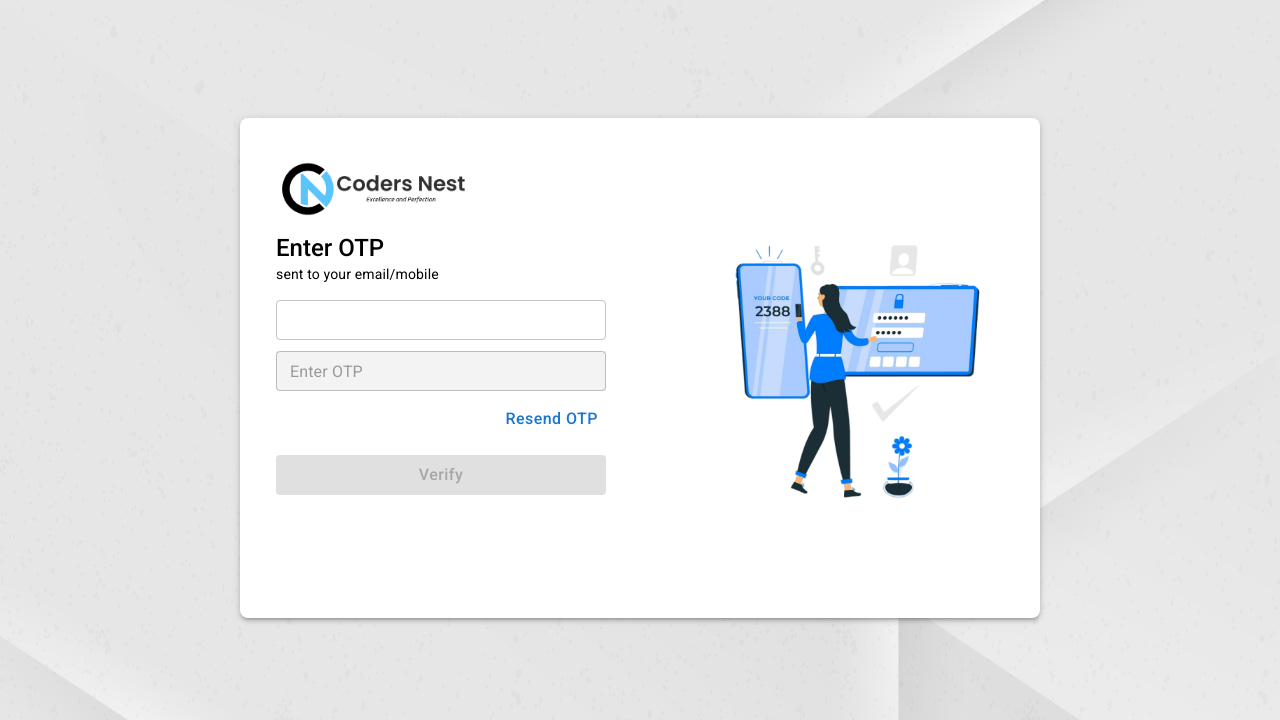
Repository: wajahadalishaik04/CN_Books
Page: /otpscreen
An editor plug-in stored every save of this project. The page is shown before and after a run of saves, followed by the edit.
The browser window is 1280 px wide. The pictures show the whole page.
The project was rebuilt for these pictures with package versions that can differ from the ones it lists, and the page was loaded fresh each time. Also part of the build but not shown: vite.config.js, src/pages/LoginScreen.jsx, src/pages/Signin.jsx, src/pages/SignUp.jsx, src/pages/VerifyScreen.jsx, src/components/Header.jsx, src/components/SideBar.jsx, src/components/Content.jsx and 7 more.

Above is the page before, as saved 2024-09-30 16:55:14.

After the next 2 saves:
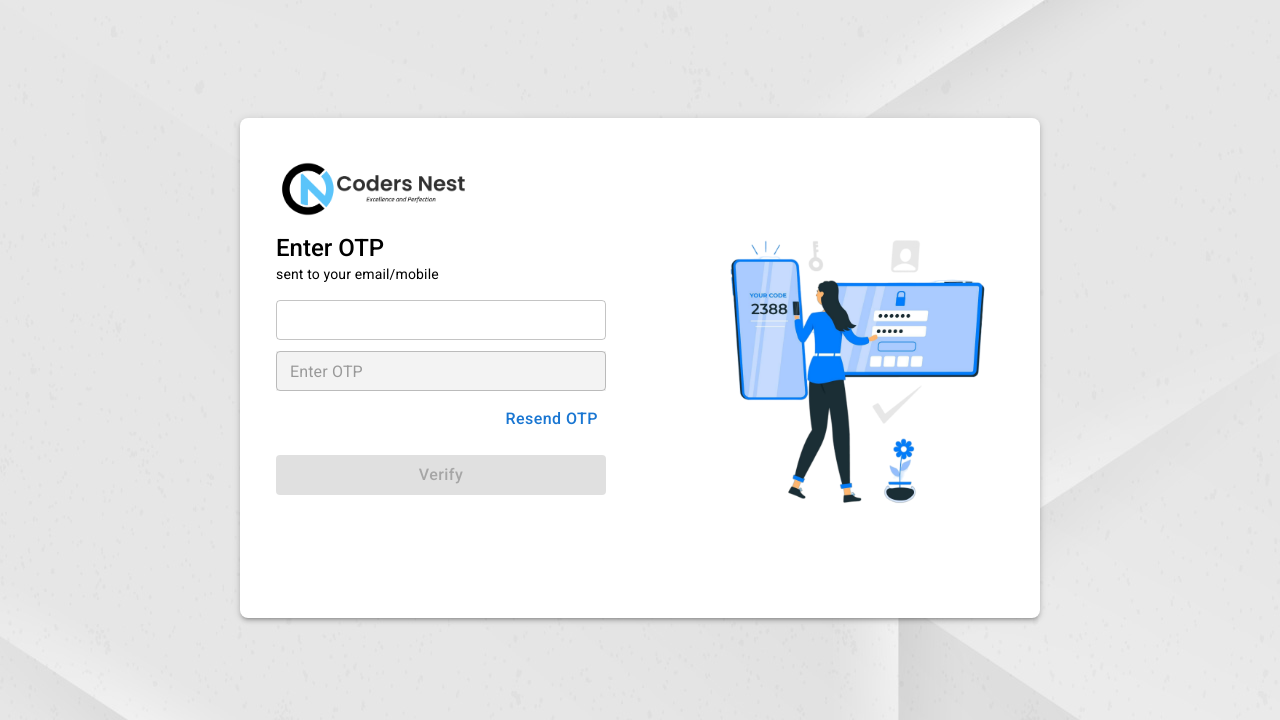
The 2 saves are shown as one change because they came seconds apart.
The last was saved 25 s later.
--- a/src/pages/OtpScreen.jsx
+++ b/src/pages/OtpScreen.jsx
@@ -193,7 +193,7 @@ const OtpScreen = () => {
           alignItems="center"
           sx={{ display: { xs: "none", sm: "flex" } }}
         >
-          <img src={images.otpImg} alt="Illustration" width="350px" height="auto" />
+          <img src={images.otpImg} alt="Illustration" width="100%" height="auto" />
         </Box>
       </Box>
     </Box>
